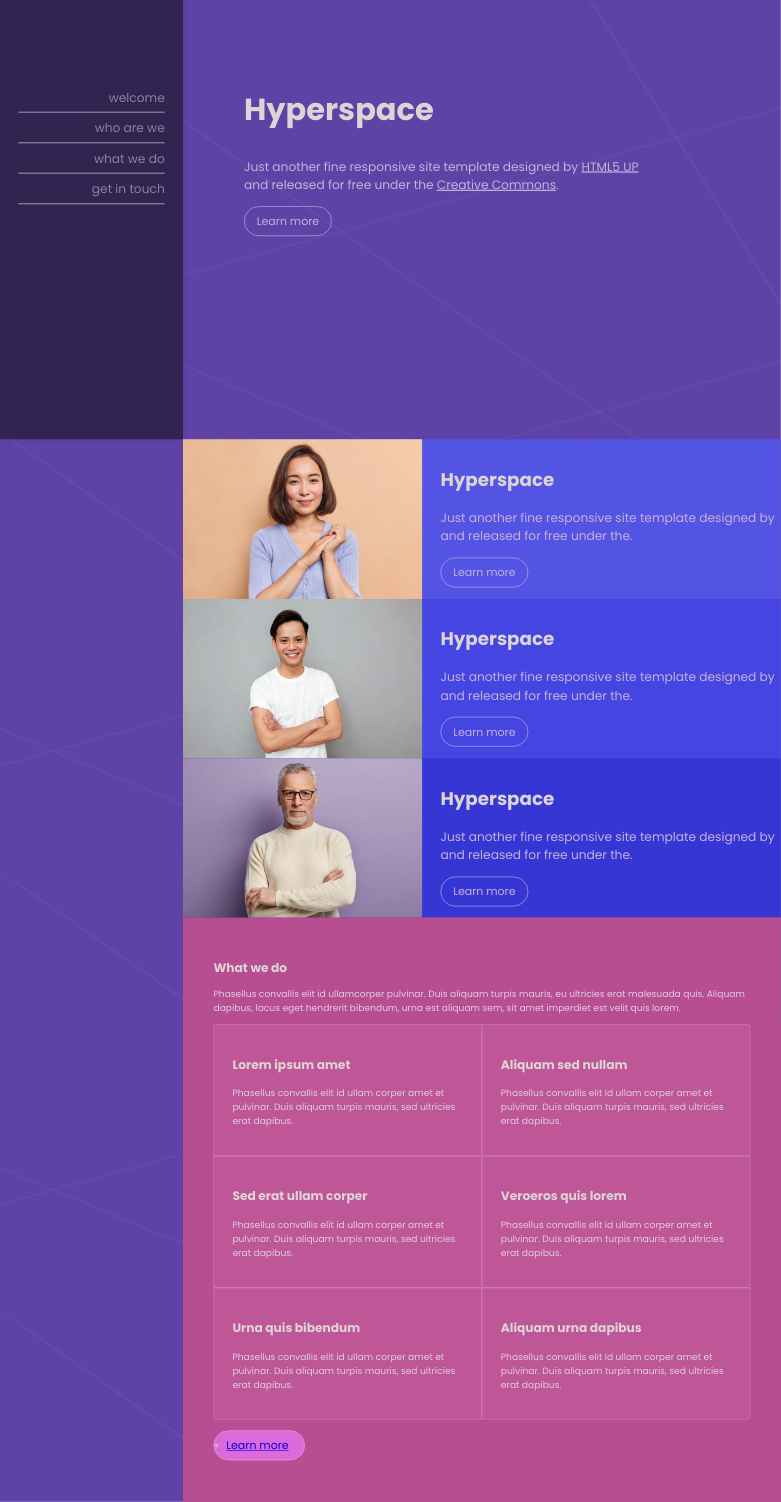
Repository: zai31/KIMIT_Tasks
Page: JsSession8/index.html
These files come from the project's save history. The page is drawn as it stood at one moment and after the next save; the edit follows.
The browser window is 1280 px wide. The pictures show the whole page, at 61% of full size.
The pointer rests on the first visible `.flex-section .section .content .what .actions`.
Backgrounds fixed to the window are drawn as part of the page.

Above is the page before, as saved 2025-09-15 21:09:19.

After the next save:
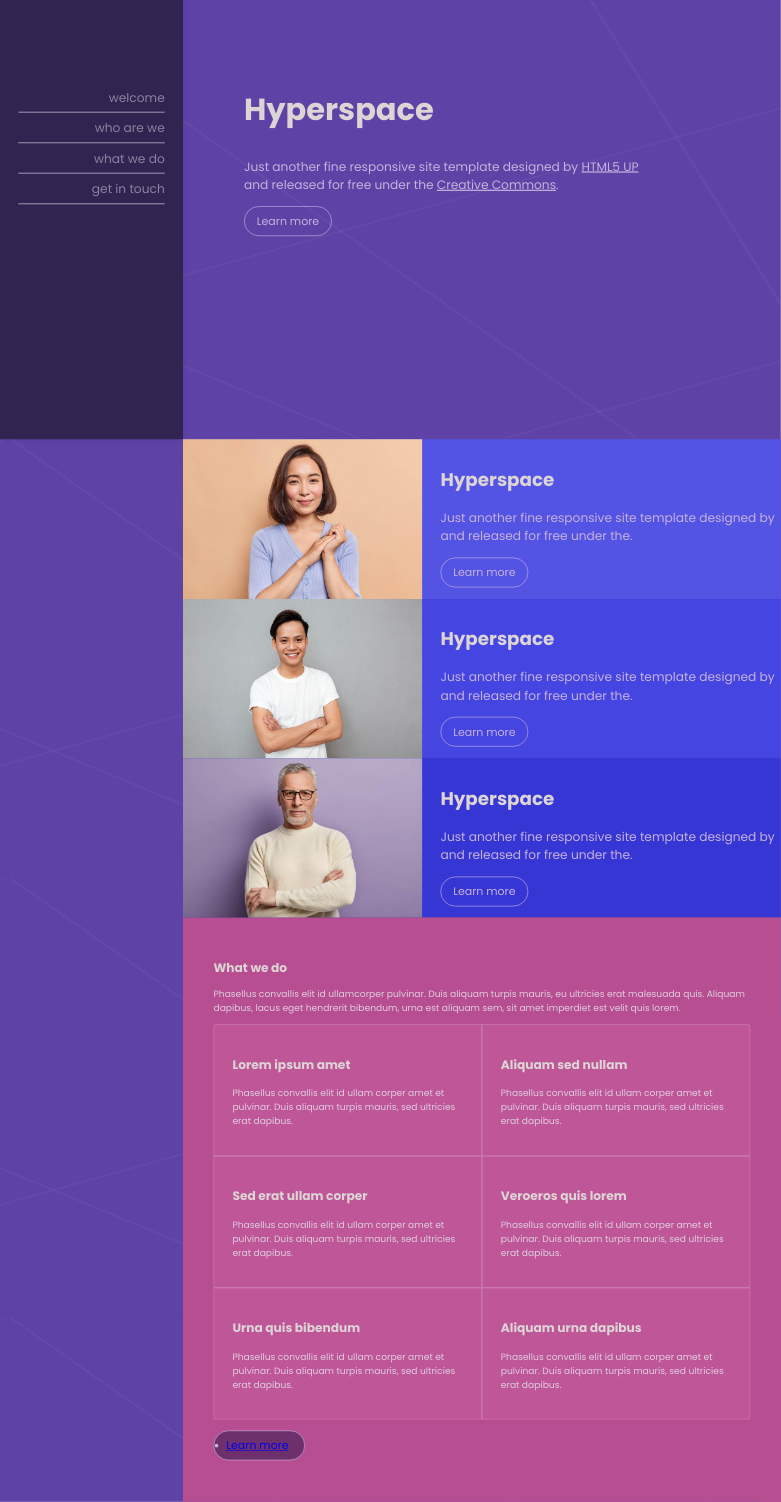
Saved 6 s later.
--- a/JsSession8/CSS/style.css
+++ b/JsSession8/CSS/style.css
@@ -246,5 +246,5 @@ body {
 }
 
 .flex-section .section .content .what .actions:hover {
-    background-color: rgb(222, 105, 218);
-}
+    background-color: rgb(110, 48, 108);
+}
